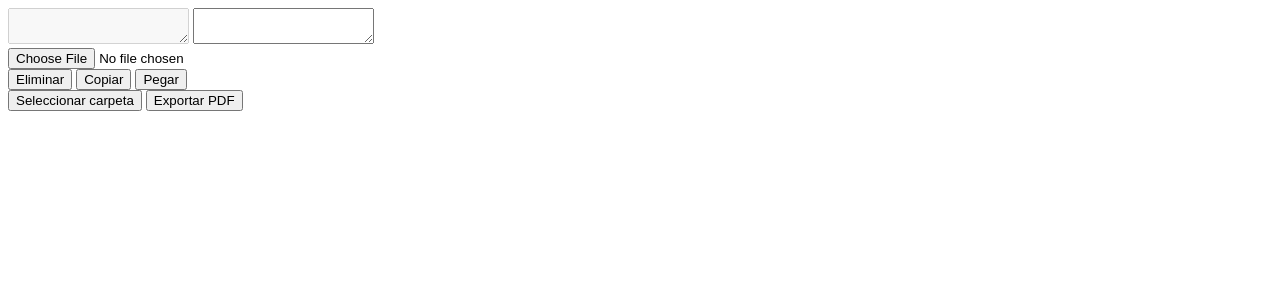
Repository: d3v0l0p3rs/pdf-spliteador
Page: src/index.html
The author's editor kept a copy of each file at every save. The page is drawn from the files as they stood at one save, then again after the next save.
The browser window is 1280 px wide. The pictures show the whole page.

Above is the page before, as saved 2020-10-21 14:47:26.

After the next save:
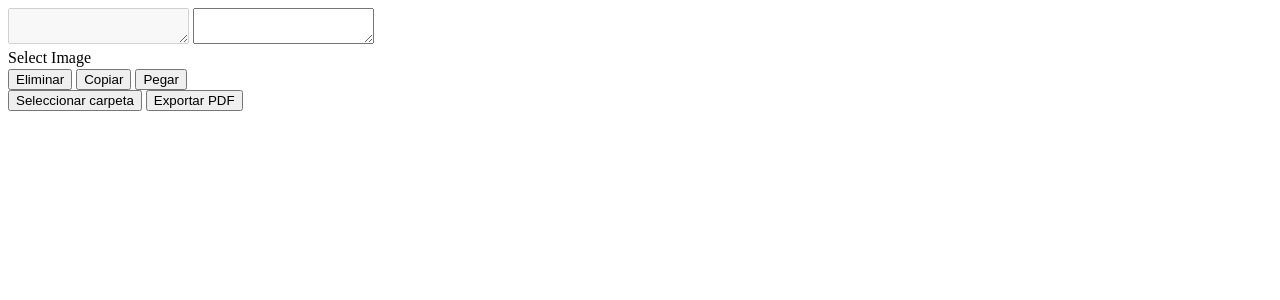
Saved 12 min 19 s later.
--- a/src/index.html
+++ b/src/index.html
@@ -11,8 +11,8 @@
         <textarea id="name-lines" name="name-lines"></textarea>
       </div>
       <div id="actions">
-        <input type="file" id="upload-pdf" name="upload-pdf" accept=".pdf">
-        <!-- <button id="upload-pdf" class="action-row">Subir PDF</button> -->
+        <label for="upload-pdf" class="btn">Select Image</label>
+        <input type="file" id="upload-pdf" name="upload-pdf" accept=".pdf" style="visibility:hidden;">
         <div id="text-actions" class="action-row">
           <button id="delete-text" class="text-action">Eliminar</button>
           <button id="copy-text" class="text-action">Copiar</button>
